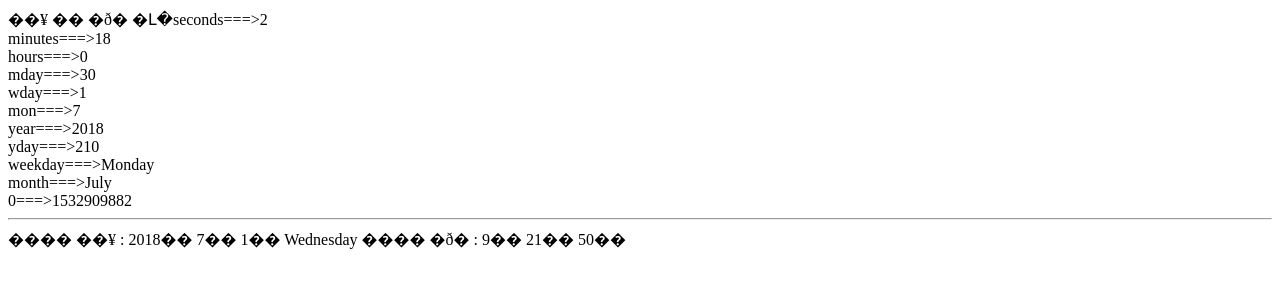
Repository: 2ujin/2018-PHP-afterschool
Page: http://localhost/CH08/01_getdate.php
These files come from the project's save history. The page is drawn as it stood at one moment and after the next save; the edit follows.
The browser window is 1280 px wide. The pictures show the whole page.
The page is run by PHP 8.4 with error messages shown; the project is at /var/www/html/.

Above is the page before, as saved 2018-08-01 00:30:22.

After the next save:
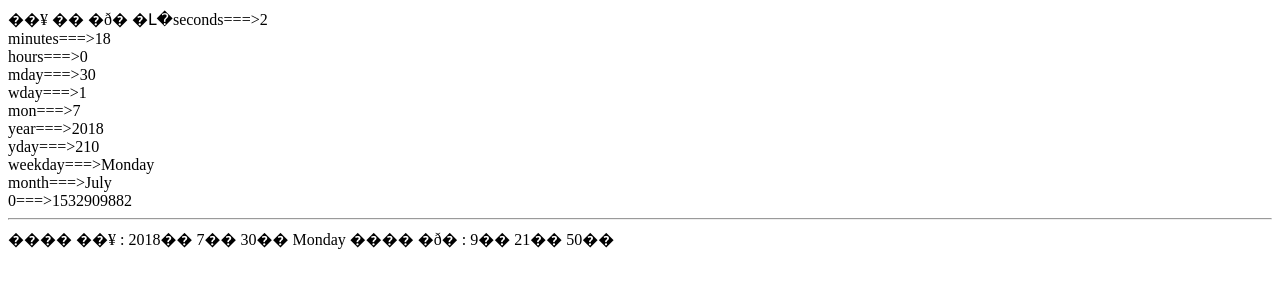
Saved 17 s later.
--- a/PHPStudy/CH08/01_getdate.php
+++ b/PHPStudy/CH08/01_getdate.php
@@ -9,7 +9,7 @@ foreach($today as $key=>$value)
 
     echo "<hr>";
 
-    echo "오늘 날짜 : $today[year]년 $today[mon]월 1일 Wednesday ";
+    echo "오늘 날짜 : $today[year]년 $today[mon]월 $today[mday]일 $today[weekday] ";
     echo "지금 시간 : 9시 21분 50초";
 
     ?>
